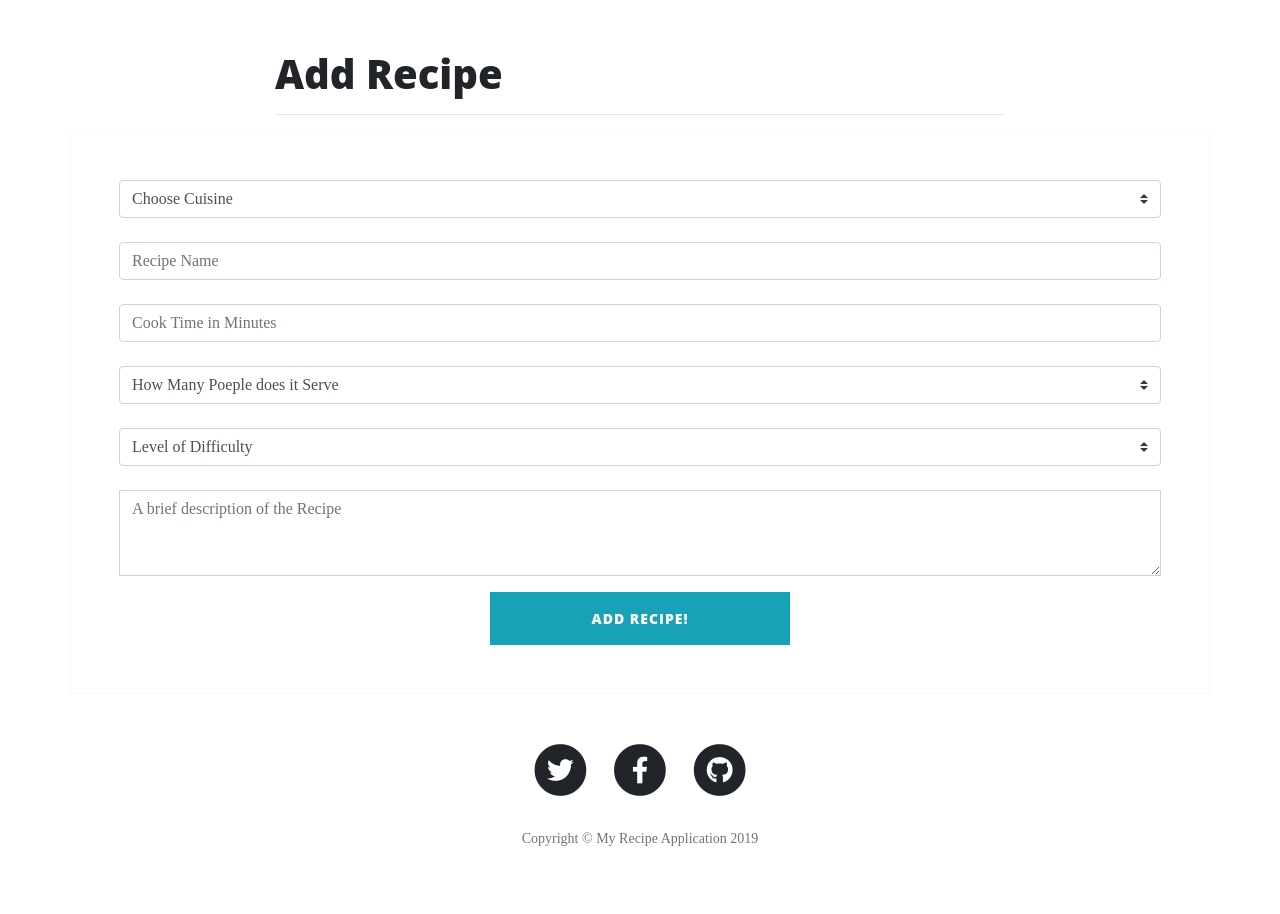
Repository: CapitainHolmes/cookbook-project
Page: http://localhost/add_recipe
The author's editor kept a record of every edit. The page is drawn from the files as they stood at one moment, then again after the next edit.
The browser window is 1280 px wide. The pictures show the part of the page from y = 628 to 1542 px (the page is 1542 px tall before and 1444 px after).
Some web libraries are served in a nearby version. The page is served by the project's application, run on Flask 3 (app.py). Queries for data that is not in the repository find no rows.

Above is the page before.

After the next edit:
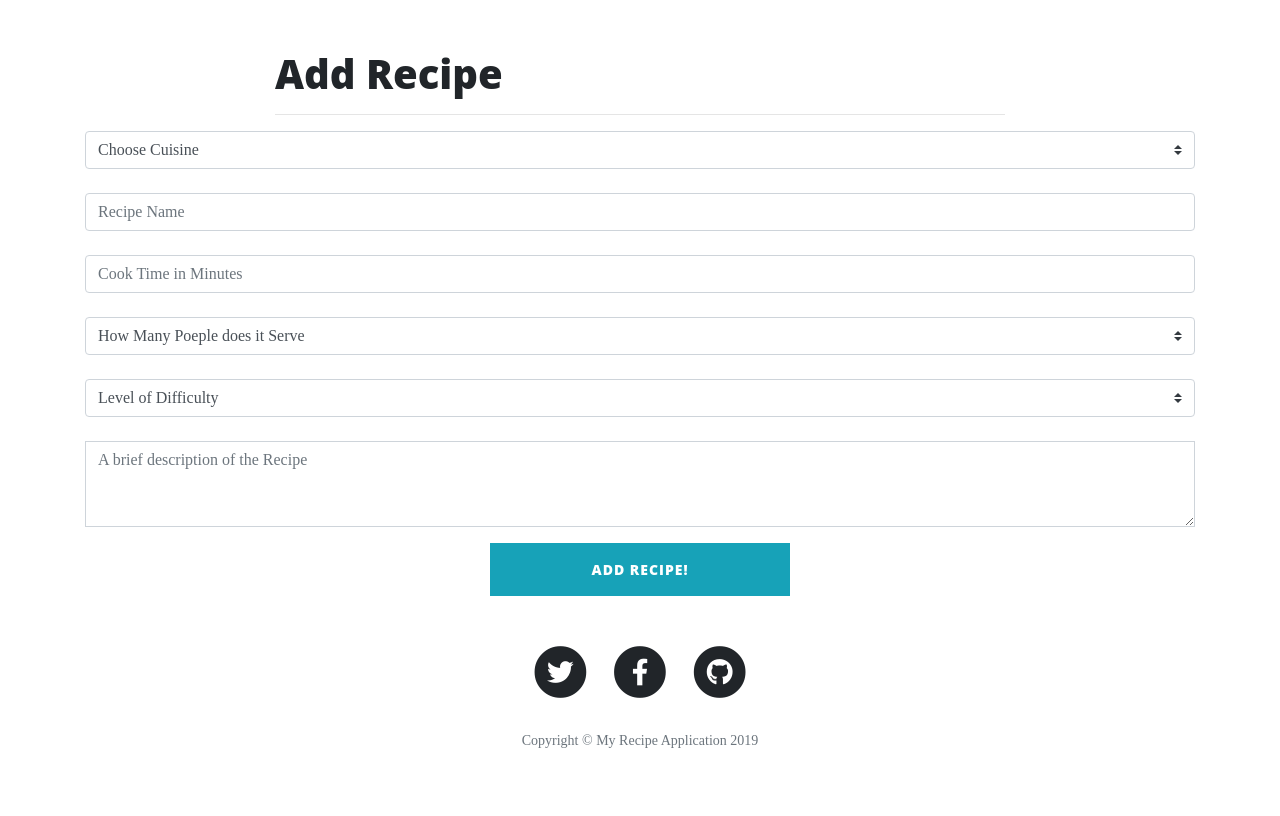
The edit:
--- a/templates/addrecipe.html
+++ b/templates/addrecipe.html
@@ -12,7 +12,7 @@
 </div>
 
 <!--Form-->
-<form class="container text-center border border-light p-5" action="" method="POST">
+<form class="container text-center" action="" method="POST">
 
   <!-- Cuisine -->
   <select class="browser-default custom-select mb-4" name="cuisine">
